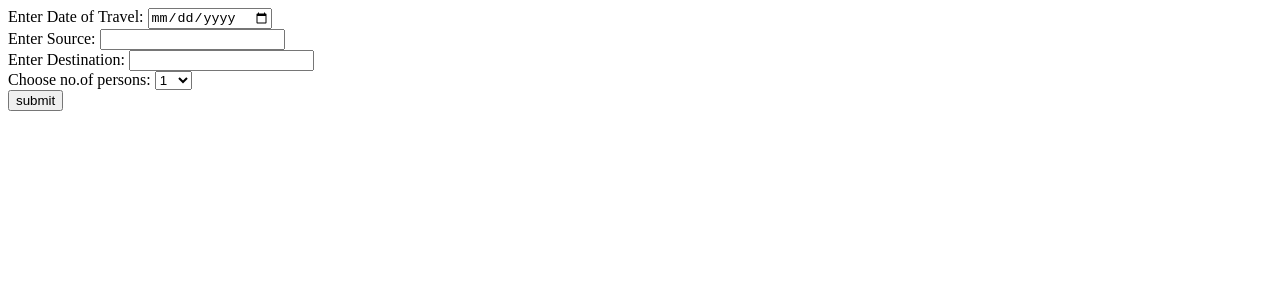
Repository: Pranathi99/FlyAway
Page: FlyAway/src/main/webapp/userHome.html
The author's editor kept a copy of each file at every save. The page is drawn from the files as they stood at one save, then again after the next save.
The browser window is 1280 px wide. The pictures show the whole page.

Above is the page before, as saved 2023-03-26 09:33:42.

### FlyAway/src/main/webapp/userHome.html
<!DOCTYPE html>
<html>
<head>
<meta charset="ISO-8859-1">
<title>FlyAway App</title>
</head>
<body>
	<form action="Home" method="post">
		Enter Date of Travel: <input type="date" name="travelDate"/>
		<br/>
		Enter Source: <input type="text" name="source"/>
		<br/>
		Enter Destination: <input type="text" name="destination"/>
		<br/>
		Choose no.of persons:
		<select name="noOfSeats">
			<option>1</option>
			<option>2</option>
			<option>3</option>
			<option>4</option>
			<option>5</option>
			<option>6</option>
			<option>7</option>
			<option>8</option>
			<option>9</option>
			<option>10</option>
		</select>
		<br/>
		<input type="submit" value="submit"/>
	</form>
</body>
</html>

After the next save:
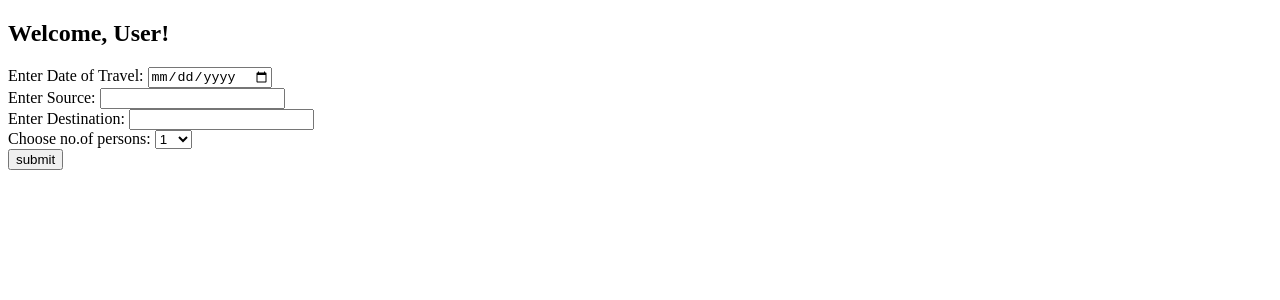
Saved 78 s later.
--- a/FlyAway/src/main/webapp/userHome.html
+++ b/FlyAway/src/main/webapp/userHome.html
@@ -5,6 +5,7 @@
 <title>FlyAway App</title>
 </head>
 <body>
+<h2>Welcome, User!</h2>
 	<form action="Home" method="post">
 		Enter Date of Travel: <input type="date" name="travelDate"/>
 		<br/>
